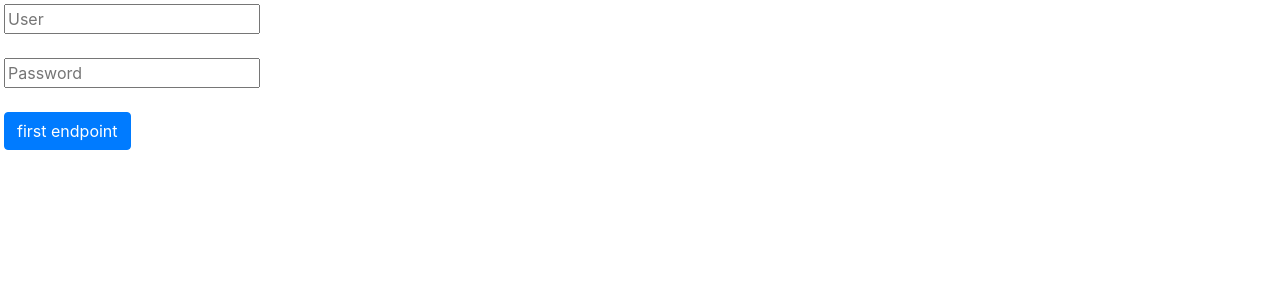
Repository: gfleitas/HTTPmethods
Page: index.html
These files come from the project's save history. The page is drawn as it stood at one moment and after the next save; the edit follows.
The browser window is 1280 px wide. The pictures show the whole page.

Above is the page before, as saved 2019-08-26 12:05:39.

### index.html
<!DOCTYPE html>
<html lang="en">
<head>
    <meta charset="UTF-8">
    <meta name="viewport" content="width=device-width, initial-scale=1.0">
    <meta http-equiv="X-UA-Compatible" content="ie=edge">
    <title>Document</title>

    <link rel="stylesheet" href="https://stackpath.bootstrapcdn.com/bootstrap/4.3.1/css/bootstrap.min.css" integrity="sha384-ggOyR0iXCbMQv3Xipma34MD+dH/1fQ784/j6cY/iJTQUOhcWr7x9JvoRxT2MZw1T" crossorigin="anonymous">
</head>
<body>
    <div id="lpm">
        <form id="form">
            <input class="mt-1 ml-1" type="text" name="user" id="user" placeholder="User">
            <br>
            <br>
            <input class="ml-1" type="password" name="pass" id="pass" placeholder="Password">
            <br>
            <br>
            <button type="submit" class="btn btn-primary ml-1">first endpoint</button>
        </form>
    </div>

    <script src="js/app.js"></script>

    <script src="https://code.jquery.com/jquery-3.3.1.slim.min.js" integrity="sha384-q8i/X+965DzO0rT7abK41JStQIAqVgRVzpbzo5smXKp4YfRvH+8abtTE1Pi6jizo" crossorigin="anonymous"></script>
    <script src="https://cdnjs.cloudflare.com/ajax/libs/popper.js/1.14.7/umd/popper.min.js" integrity="sha384-UO2eT0CpHqdSJQ6hJty5KVphtPhzWj9WO1clHTMGa3JDZwrnQq4sF86dIHNDz0W1" crossorigin="anonymous"></script>
    <script src="https://stackpath.bootstrapcdn.com/bootstrap/4.3.1/js/bootstrap.min.js" integrity="sha384-JjSmVgyd0p3pXB1rRibZUAYoIIy6OrQ6VrjIEaFf/nJGzIxFDsf4x0xIM+B07jRM" crossorigin="anonymous"></script>

</body>
</html>

### js/app.js
const form = document.querySelector('#form');
const form2 = document.querySelector('#form2');


form.addEventListener('submit', e =>{
    e.preventDefault();
    loginPOST();

    function loginPOST() {

        let user = document.getElementById("user").value
        let pass = document.getElementById("pass").value

        let objUser = JSON.stringify({"user" :user, "password" :pass});

        fetch("http://192.168.11.31:3000/login",
        {
            method: "POST",
            body: objUser,
            headers: {
                'Accept': 'application/json, text/plain, */*',
                'Content-Type': 'Application/json'
            }
        })
        .then(function(res){
            res.json()
            .then(function(objUser){
                localStorage.setItem("token", objUser.token)
                bodyPOST();
                console.log(objUser)
            })
        })
        .catch(function(res){ console.log(res) })
    }

    function bodyPOST() {

        lpm.innerHTML=`
        <input class="mt-1 ml-1" type="text" name="surname" id="surname" placeholder="Name">
        <br>
        <br>
        <input class="ml-1" type="text" name="surname" id="surname" placeholder="Surname">
        <br>
        <br>
        <button type="submit" class="btn btn-primary ml-1">Second endpoint</button>
        `

        let token = localStorage.getItem("token")


        let objBody = JSON.stringify({"name" : "Gabriel", "surname" : "Fleitas"})

        fetch("http://192.168.11.31:3000/test/body",
        {
            method: "POST",
            body : objBody,
            headers: {
                'Accept': 'application/json, text/plain, */*',
                'Content-Type': 'Application/json',
                'Authorization' : token
            }
        })
        .then(function(res){
            res.json()
            .then((res) => {
                console.log(res)
            })
        })
        .catch(function(res){ console.log(res) })
}

    queryGET();

    function queryGET (){

        let token = localStorage.getItem("token")

        fetch("http://192.168.11.31:3000/test/query?name=Gabriel&surname=Fleitas",
        {
            method: "GET",
            headers: {
                'Accept': 'Application/json',
                'Authorization' : token,
                'Content-Type': 'Application/json'
            }
        })
        .then(function(res){
        res.json()
            .then((res) => {
                console.log(res)
            })
        })
        .catch(function(res){ console.log(res) })
    }

    paramGET();

    function paramGET() {
        let token = localStorage.getItem("token")

        fetch("http://192.168.11.31:3000/test/params/Gabriel/Fleitas",
        {
            method: "GET",
            headers: {
                'Accept': 'Application/json',
                'Authorization' : token,
                'Content-Type': 'Application/json'
            }
        })
        .then(function(res){
            res.json()
            .then((res) => {
                console.log(res)
            })
        })
        .catch(function(res){ console.log(res) })

    }

})

After the next save:
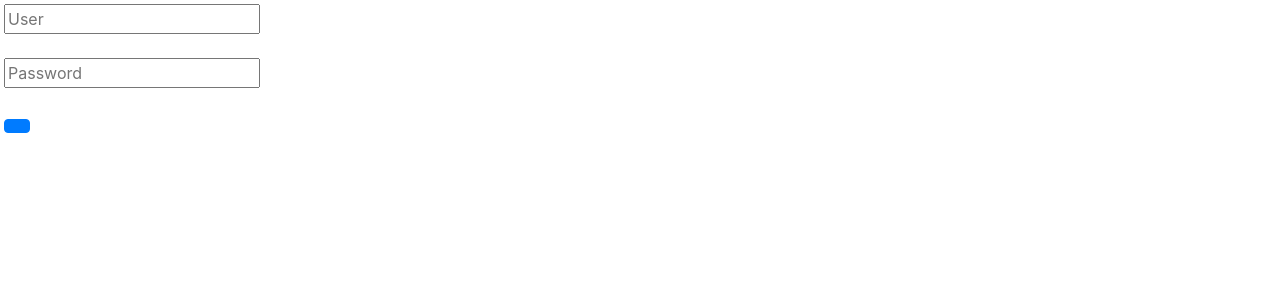
Saved 6 s later.
--- a/index.html
+++ b/index.html
@@ -17,7 +17,7 @@
             <input class="ml-1" type="password" name="pass" id="pass" placeholder="Password">
             <br>
             <br>
-            <button type="submit" class="btn btn-primary ml-1">first endpoint</button>
+            <button type="submit" class="btn btn-primary ml-1"></button>
         </form>
     </div>
 
